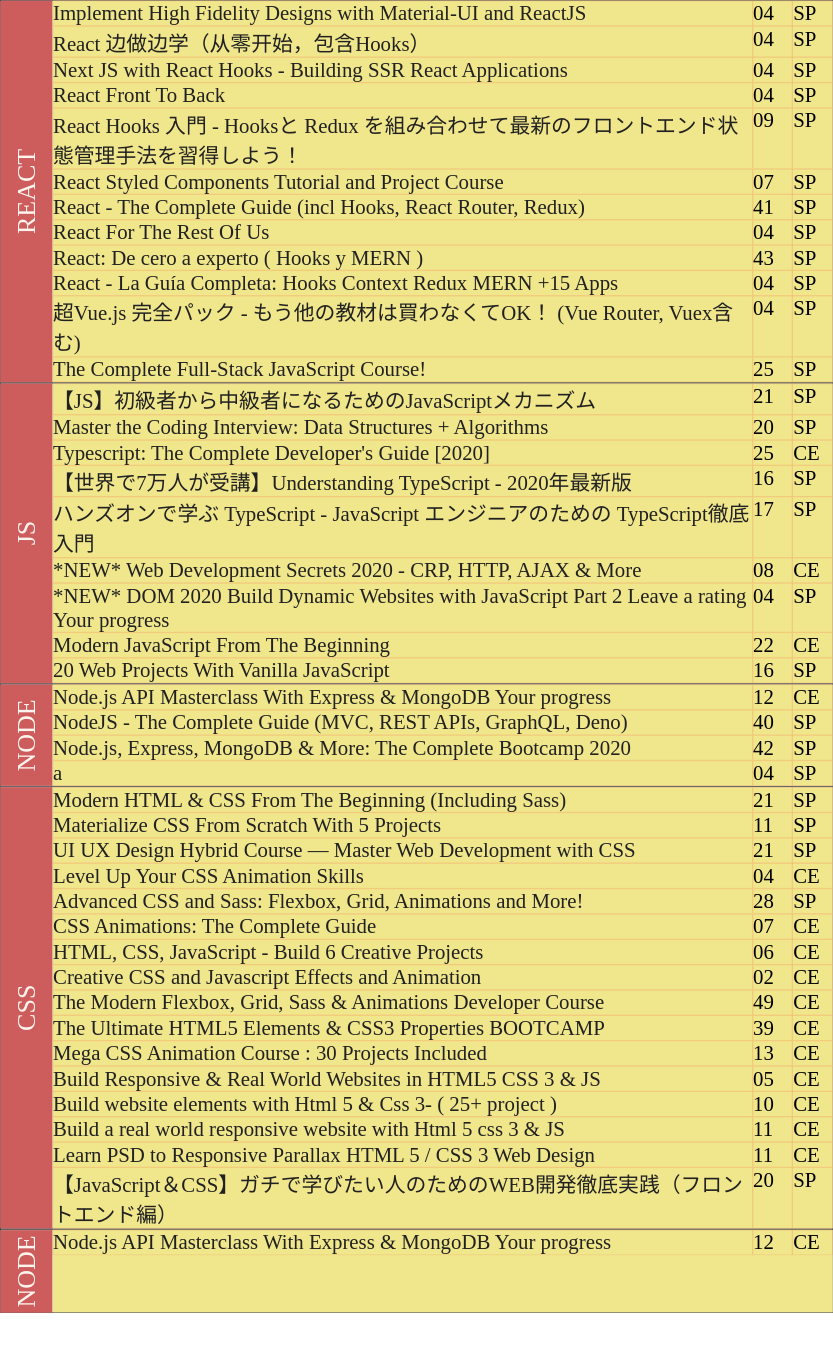
Repository: ClementLight/plan
Page: codicrs.html
An editor plug-in stored every save of this project. The page is shown before and after the next save, followed by the edit.
The browser window is 1280 px wide. The page is 1282 px wide, so the pictures cover 1282 px, including what lies to the right of the window. The pictures show the whole page, at 65% of full size.

Above is the page before, as saved 2020-08-21 15:55:14.

After the next save:
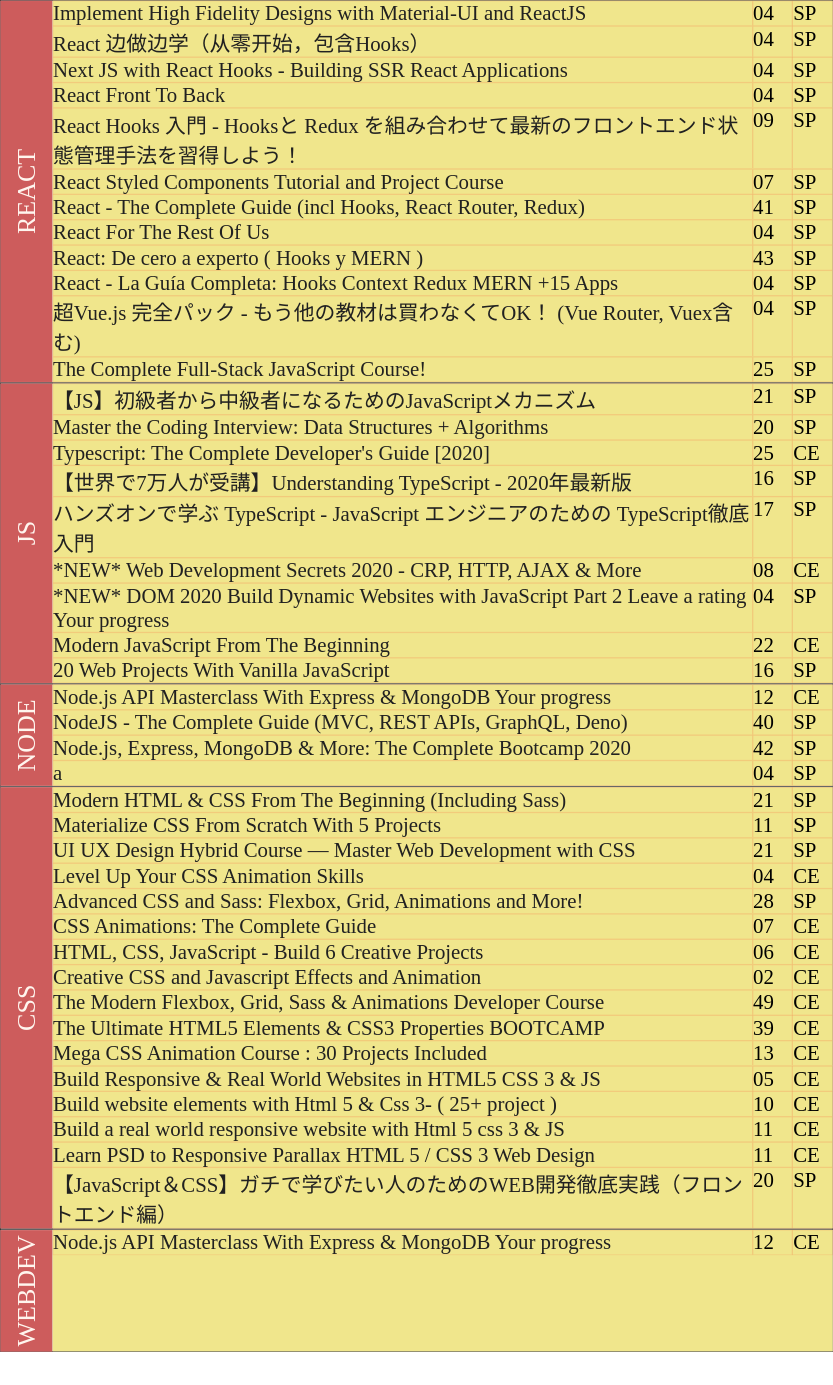
Saved 9 s later.
--- a/codicrs.html
+++ b/codicrs.html
@@ -314,7 +314,7 @@
       </div>
     </section>
     <section class="maincontainers">
-      <div class="lessontype">NODE</div>
+      <div class="lessontype">WEBDEV</div>
       <div class="lessons">
         <div class="lesson">
           <a class="lessonname" href="https://www.udemy.com/course/nodejs-api-masterclass/learn/lecture/16581402?start=0#overview">Node.js API Masterclass With Express & MongoDB Your progress </a>
